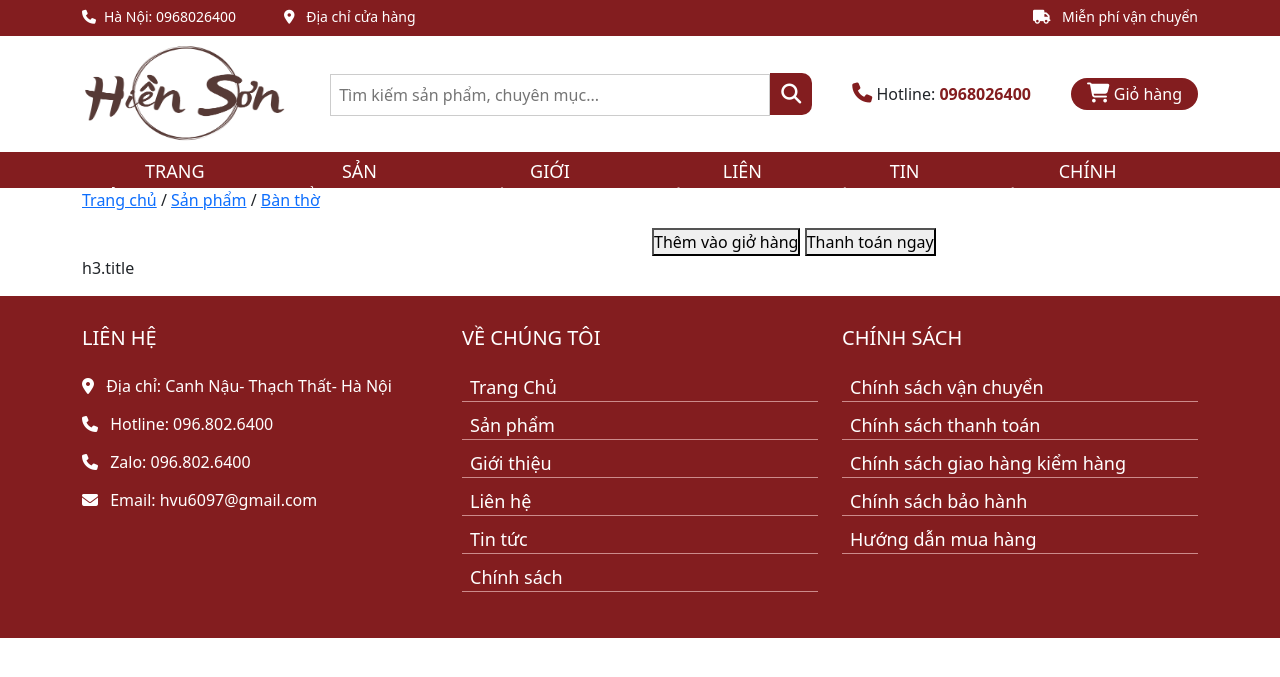
Repository: hoang28092000/do_go_hien_son
Page: product_details/ban_tho-g001.html
The author's editor kept a copy of each file at every save. The page is drawn from the files as they stood at one save, then again after the next save.
The browser window is 1280 px wide. The pictures show the whole page.
Some web libraries are served in a nearby version.

Above is the page before, as saved 2024-08-10 18:33:27.

After the next save:
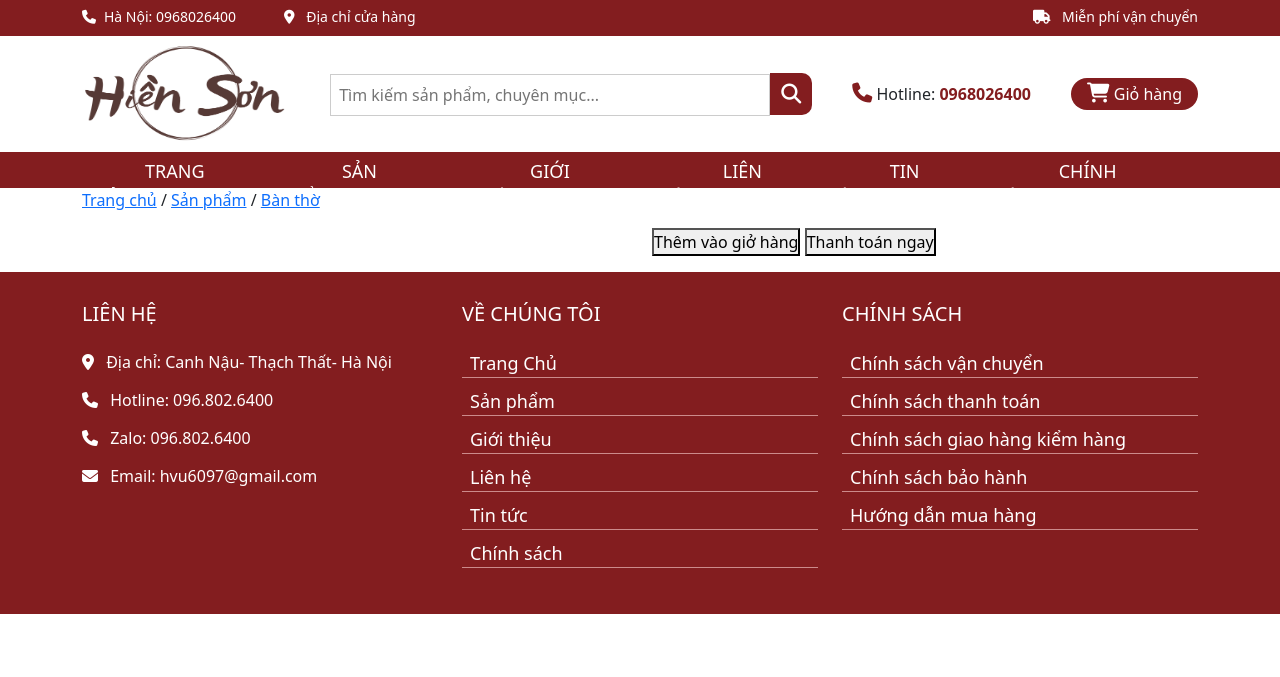
Saved 8 s later.
--- a/product_details/ban_tho-g001.html
+++ b/product_details/ban_tho-g001.html
@@ -100,7 +100,7 @@
                     </div>
                 </div>
             </div>
-            h3.title
+            <h3 class="title-pd"></h3>
         </div>
     </div>
 
